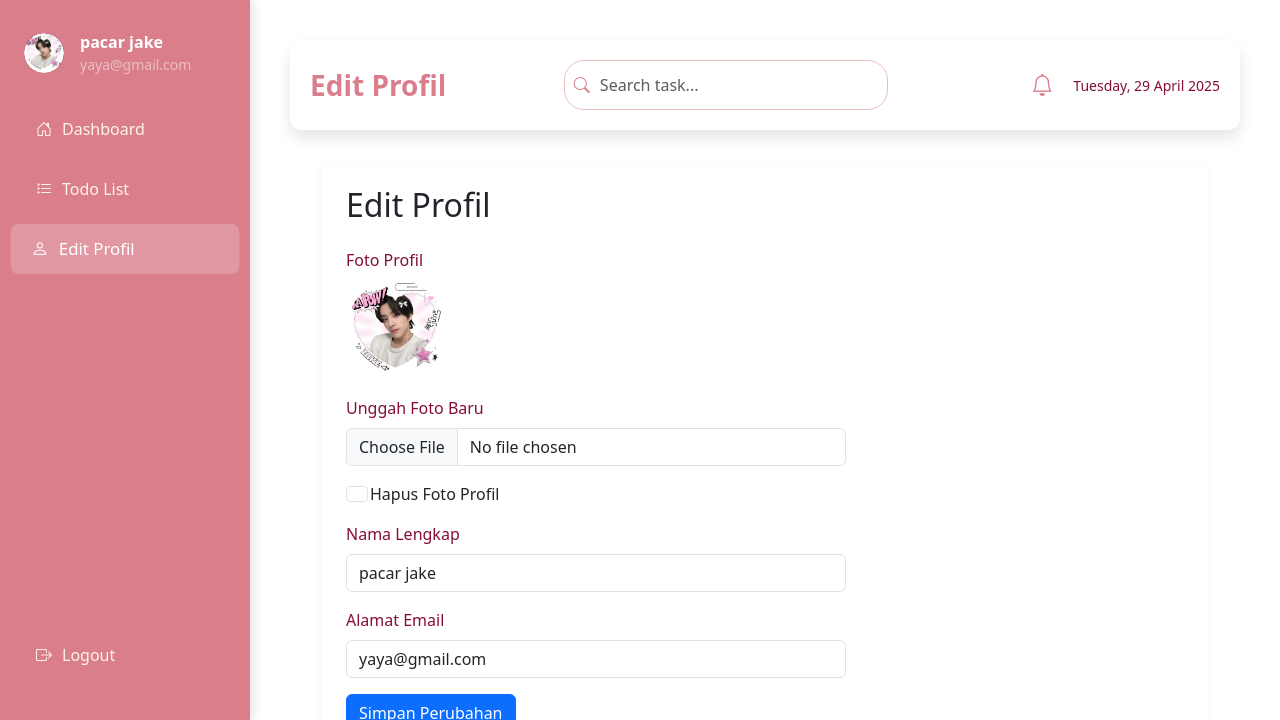
Repository: zhr-nabila/FloTime
Page: http://localhost/profile.php
An editor plug-in stored every save of this project. The page is shown before and after a run of saves, followed by the edit.
The browser window is 1280 px wide. The pictures show the whole page.
An inner scrolling area shows only its first screen. The page is run by PHP 8.4 with error messages shown; the project is at /var/www/html/. The session is filled in as if someone had signed in: {"email": "yaya@gmail.com", "status": "login", "user_id": 2}. The database holds what the project's SQL file puts in it.

Above is the page before, as saved 2025-04-30 20:27:19.

After the next 2 saves:
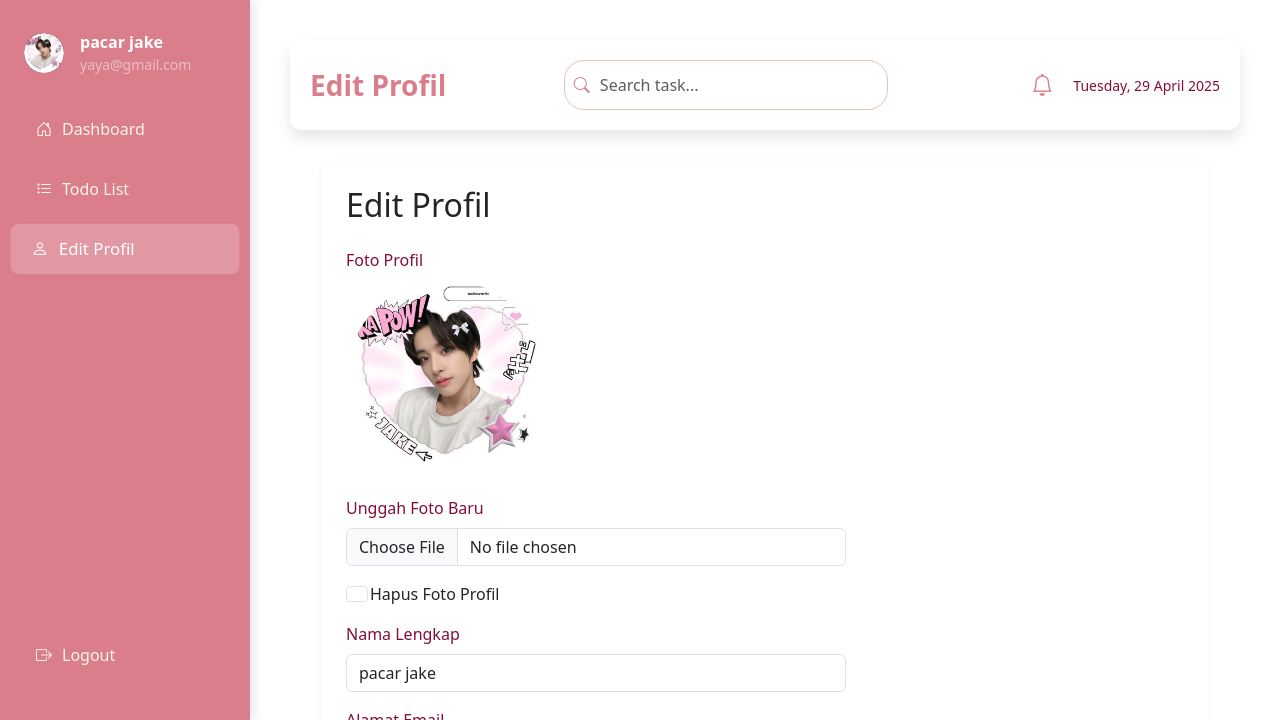
The 2 saves are shown as one change because they came seconds apart.
The last was saved 34 s later.
--- a/profile.php
+++ b/profile.php
@@ -81,7 +81,7 @@
             <div class="mb-3">
                 <label class="form-label">Foto Profil</label><br>
                 <?php if ($user['photo']) : ?>
-                    <img src="uploads/<?= htmlspecialchars($user['photo']) ?>" alt="Foto" class="rounded-circle" width="100" height="100">
+                    <img src="uploads/<?= htmlspecialchars($user['photo']) ?>" alt="Foto" class="rounded-circle" width="200" height="200">
                 <?php else : ?>
                     <div class="user-avatar-lg">
                         <?= strtoupper(substr($user['name'] ?: $user['email'], 0, 1)) ?>

After the 2 saves that followed:
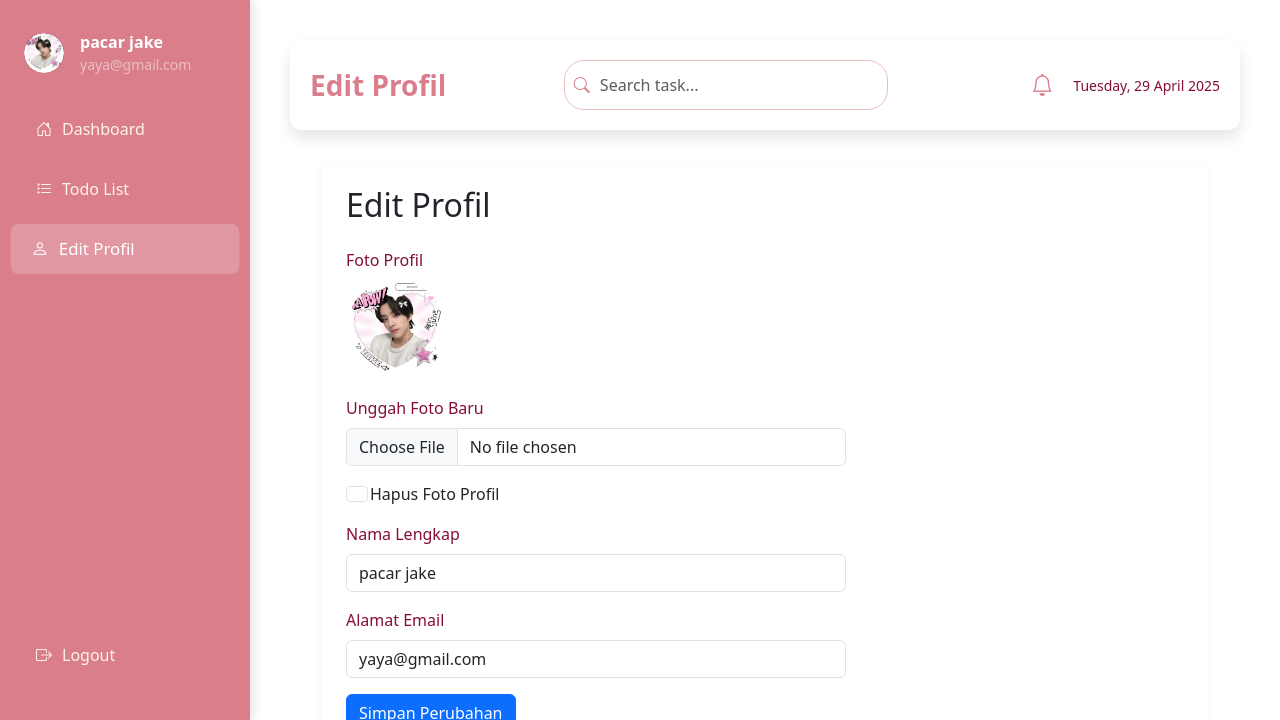
The 2 saves are shown as one change because they came seconds apart.
The last was saved 9 s later.
--- a/profile.php
+++ b/profile.php
@@ -81,7 +81,7 @@
             <div class="mb-3">
                 <label class="form-label">Foto Profil</label><br>
                 <?php if ($user['photo']) : ?>
-                    <img src="uploads/<?= htmlspecialchars($user['photo']) ?>" alt="Foto" class="rounded-circle" width="200" height="200">
+                    <img src="uploads/<?= htmlspecialchars($user['photo']) ?>" alt="Foto" class="rounded-circle" width="100" height="100">
                 <?php else : ?>
                     <div class="user-avatar-lg">
                         <?= strtoupper(substr($user['name'] ?: $user['email'], 0, 1)) ?>
